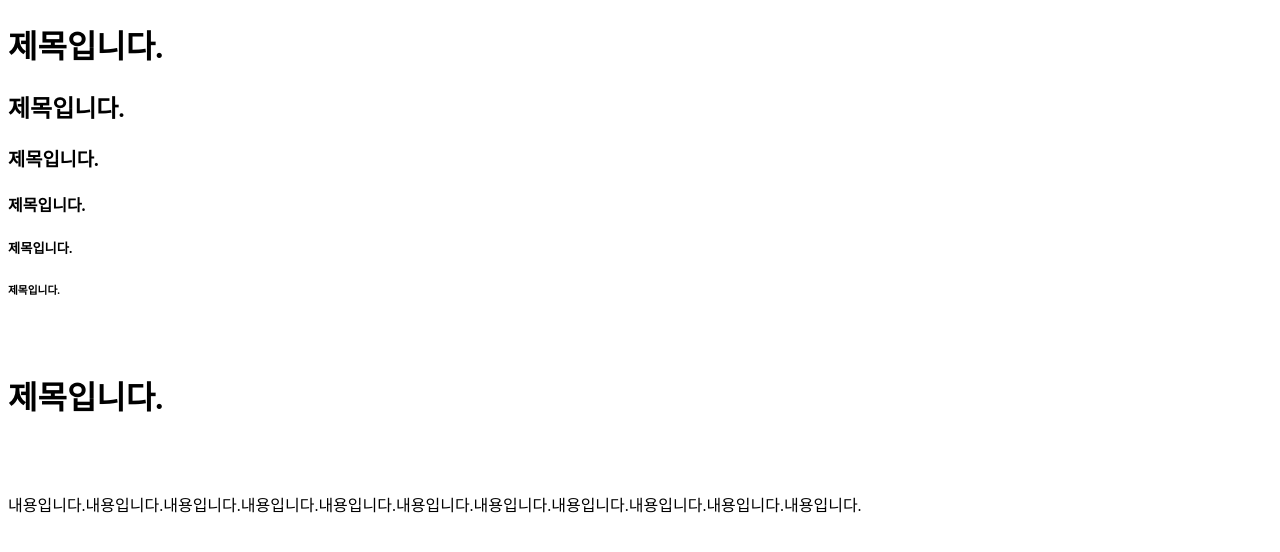
Repository: heoSuKyeong/client_Ssanyong
Page: ClientTest/src/main/webapp/html/ex07_heading.html
These files come from the project's save history. The page is drawn as it stood at one moment and after the next save; the edit follows.
The browser window is 1280 px wide. The pictures show the whole page.

Above is the page before, as saved 2023-09-20 00:33:07.

### ClientTest/src/main/webapp/html/ex07_heading.html
<!DOCTYPE html>
<html>
<head>
<meta charset="UTF-8">
<title>Insert title here</title>
</head>
<body>
	<h1>제목입니다.</h1>
	<h2>제목입니다.</h2>
	<h3>제목입니다.</h3>
	<h4>제목입니다.</h4>
	<h5>제목입니다.</h5>
	<h6>제목입니다.</h6>
	<h6 style="font-size:24pt">제목입니다.</h6>
	<p>내용입니다.내용입니다.내용입니다.내용입니다.내용입니다.내용입니다.내용입니다.내용입니다.내용입니다.내용입니다.내용입니다.</p>
</body>
</html>



<!--

<hn>, heading
제목 태크
문서 내의 제목을 출력하는 태그
n에 1~6이 들어간다.
쌍태그와 혼합형에 들어간다.

***태그의 출력 결과는 중요하지 않다.
화면에 어떻게 보이지는 그다지 중요하지 않다.
화면은 CSS로 재정의를 한다.
 -->

After the next save:
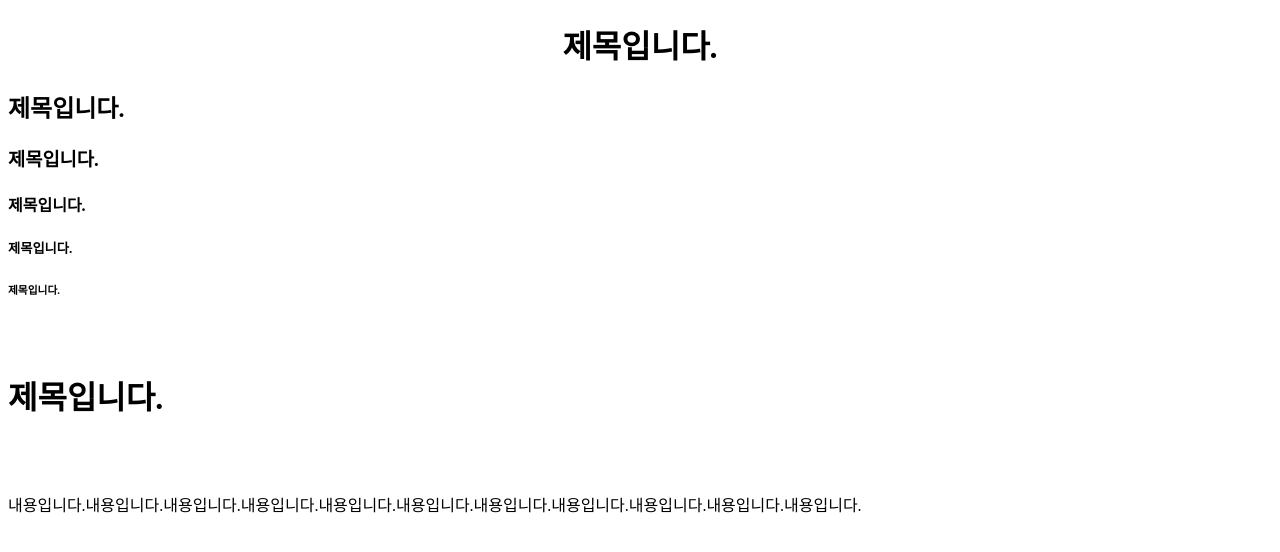
Saved 24 s later.
--- a/ClientTest/src/main/webapp/html/ex07_heading.html
+++ b/ClientTest/src/main/webapp/html/ex07_heading.html
@@ -5,7 +5,7 @@
 <title>Insert title here</title>
 </head>
 <body>
-	<h1>제목입니다.</h1>
+	<h1 align="center">제목입니다.</h1>
 	<h2>제목입니다.</h2>
 	<h3>제목입니다.</h3>
 	<h4>제목입니다.</h4>
